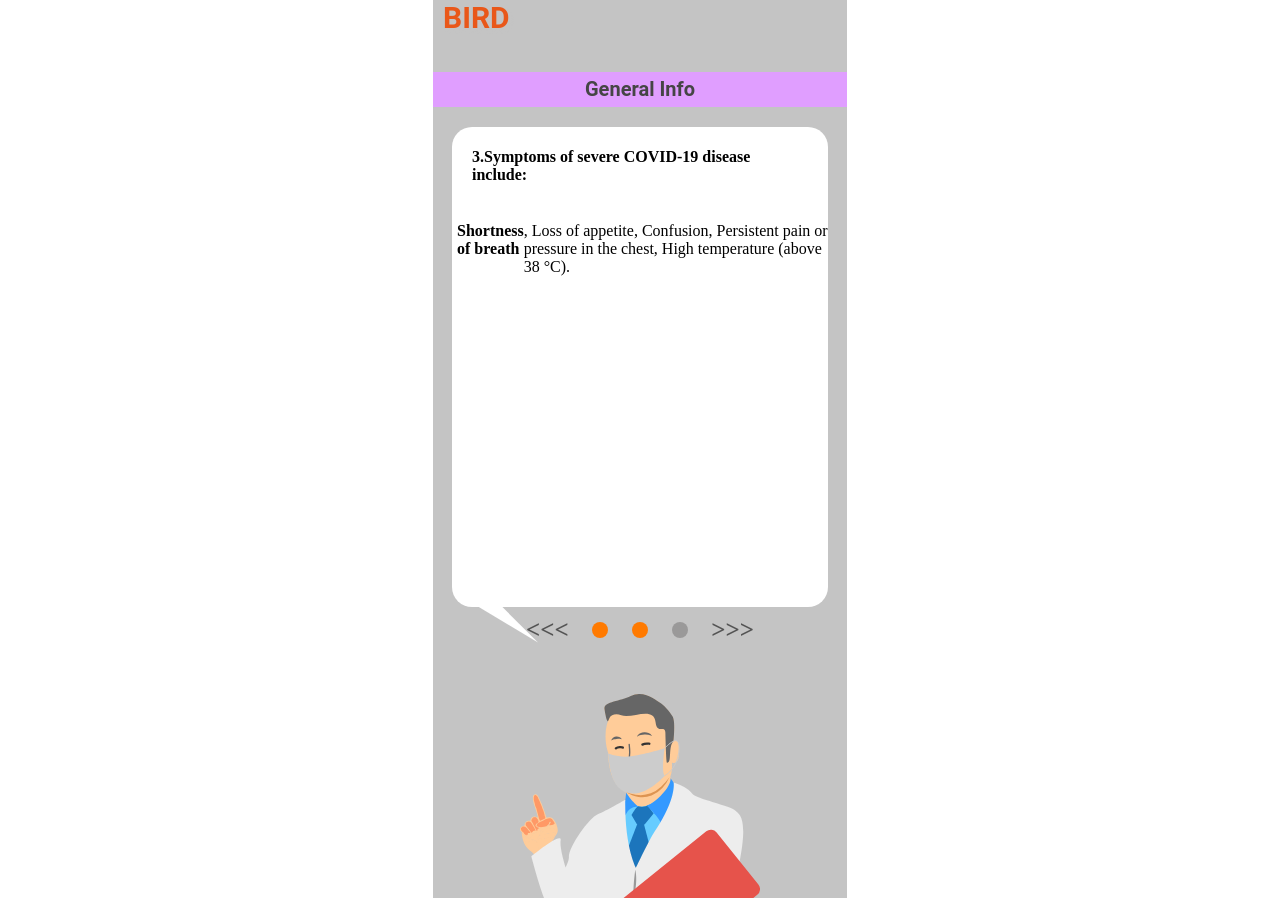
Repository: Levic559/BIRD
Page: General_info-3/1.html
These files come from the project's save history. The page is drawn as it stood at one moment and after a run of saves; the edit follows.
The browser window is 1280 px wide. The pictures show the whole page.

Above is the page before, as saved 2021-03-11 01:17:43.

After the next 2 saves:
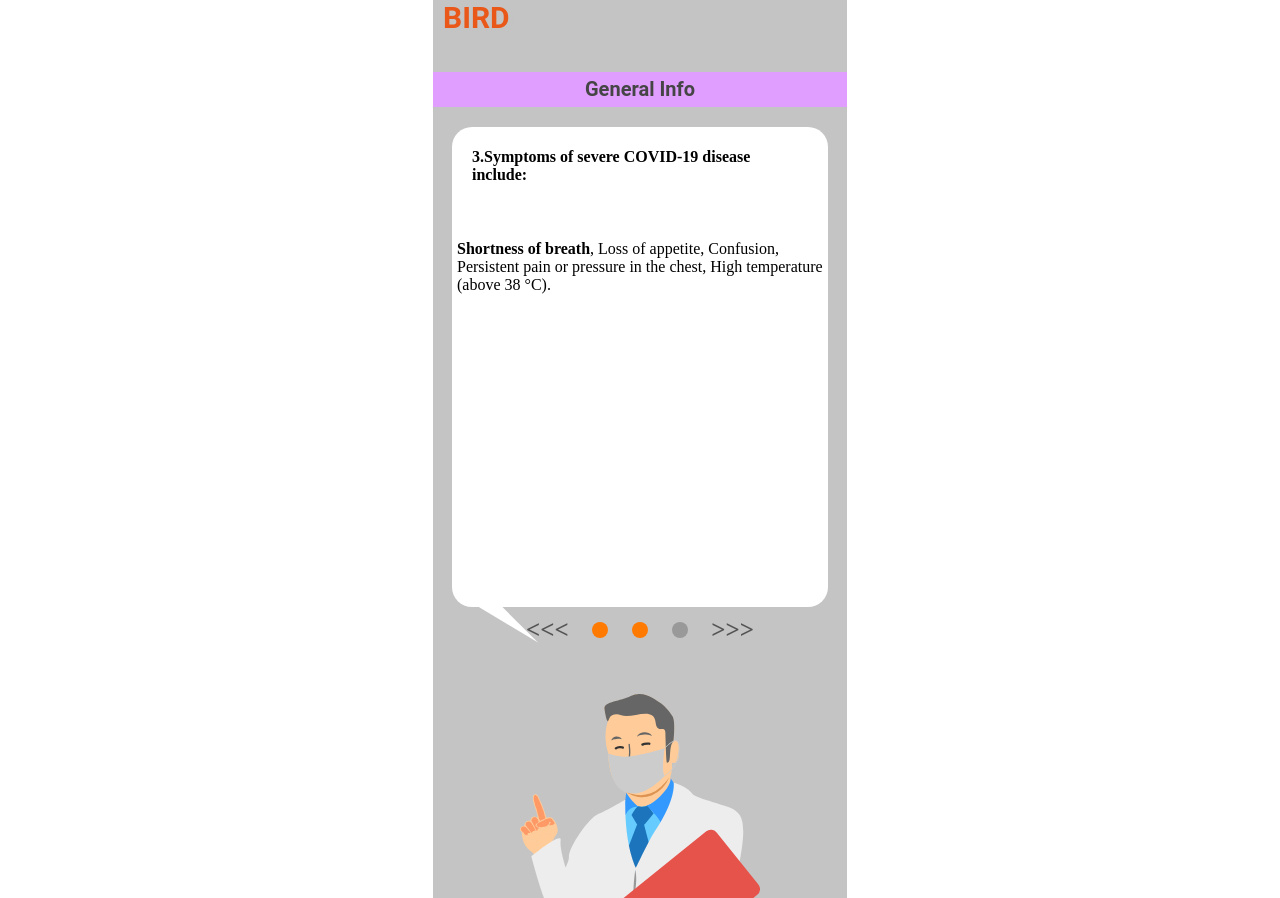
The 2 saves are shown as one change because they came seconds apart.
The last was saved 9 s later.
--- a/General_info_structure/mystyle.css
+++ b/General_info_structure/mystyle.css
@@ -190,8 +190,7 @@ body {
   margin-right: 150px;
 }
 .infographicText2{
-
-  display: flex;
+  position: relative;
   margin-bottom: 350px;
   margin-left: 5px;
 }
